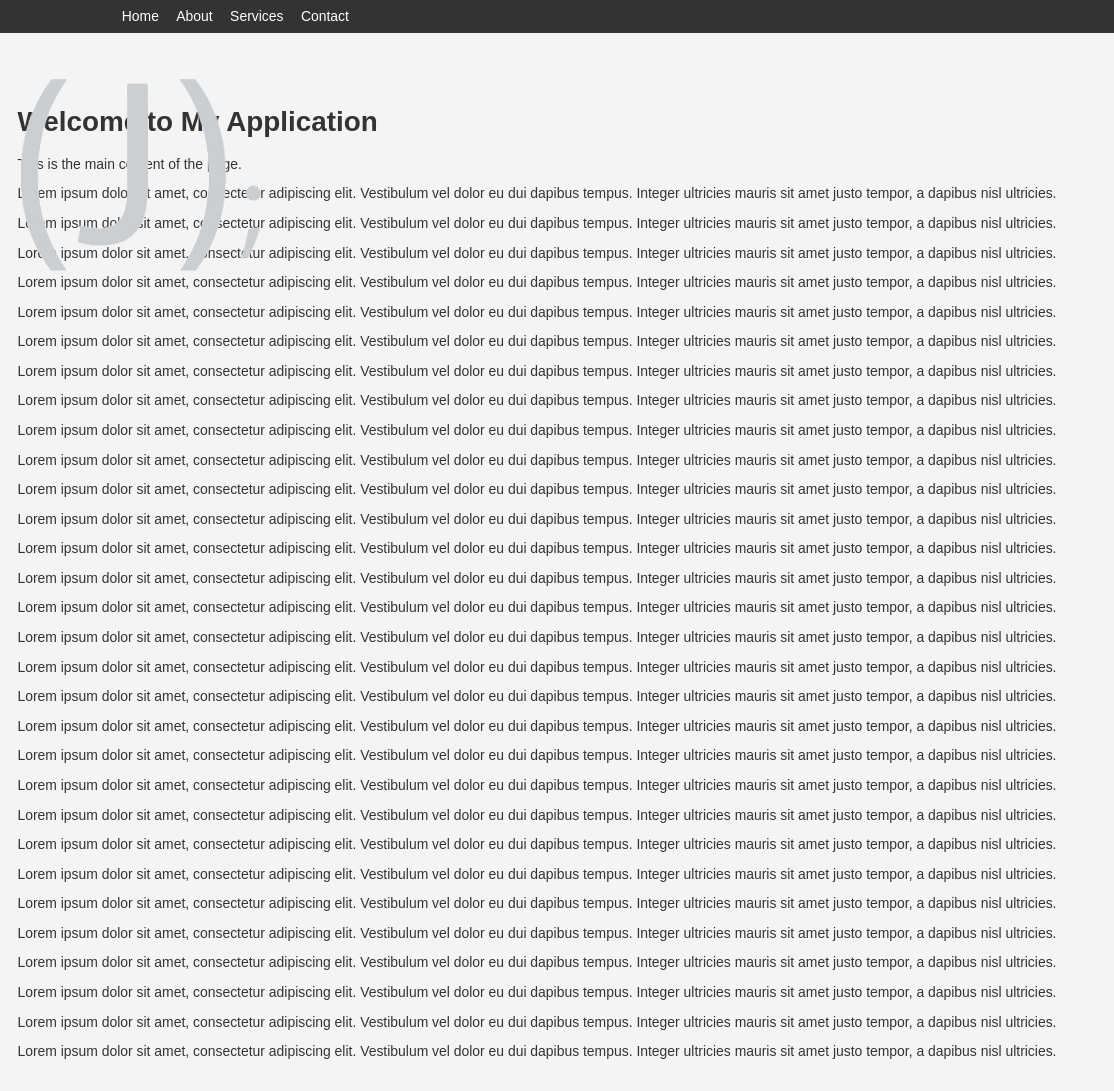
Repository: JoyMoGas/HelujaArc
Page: http://localhost/
An editor plug-in stored every save of this project. The page is shown before and after the next save, followed by the edit.
The browser window is 1280 px wide. The pictures show the whole page, at 87% of full size.
The page is served by the project's application, run on Flask 3 (run.py).

Above is the page before, as saved 2024-08-11 15:31:39.
Console error: TypeError: Cannot read properties of null (reading 'style')

### templates/index.html
<!DOCTYPE html>
<html lang="en">
<head>
    <meta charset="UTF-8">
    <meta name="viewport" content="width=device-width, initial-scale=1.0">
    <title>Mi Aplicación</title>
    <!-- Incluir hoja de estilo -->
    <link rel="stylesheet" href="{{ url_for('static', filename='style.css') }}">
</head>
<body>
    <nav class="navbar">
        <div class="navbar-logo" id="navbar-logo">
            <img src="{{ url_for('static', filename='logo.png') }}" alt="Logo">
        </div>
        <ul class="navbar-links">
            <li><a href="#">Home</a></li>
            <li><a href="#">About</a></li>
            <li><a href="#">Services</a></li>
            <li><a href="#">Contact</a></li>
        </ul>
    </nav>
    <div class="content">
        <div id="body-logo">
            <img src="{{ url_for('static', filename='logo.png') }}" alt="Logo">
        </div>
        <!-- Contenido de la página -->
        <h1>Welcome to My Application</h1>
        <p>This is the main content of the page.</p>
        <p>Lorem ipsum dolor sit amet, consectetur adipiscing elit. Vestibulum vel dolor eu dui dapibus tempus. Integer ultricies mauris sit amet justo tempor, a dapibus nisl ultricies.</p>
    <p>Lorem ipsum dolor sit amet, consectetur adipiscing elit. Vestibulum vel dolor eu dui dapibus tempus. Integer ultricies mauris sit amet justo tempor, a dapibus nisl ultricies.</p>
    <p>Lorem ipsum dolor sit amet, consectetur adipiscing elit. Vestibulum vel dolor eu dui dapibus tempus. Integer ultricies mauris sit amet justo tempor, a dapibus nisl ultricies.</p>
    <p>Lorem ipsum dolor sit amet, consectetur adipiscing elit. Vestibulum vel dolor eu dui dapibus tempus. Integer ultricies mauris sit amet justo tempor, a dapibus nisl ultricies.</p>
    <p>Lorem ipsum dolor sit amet, consectetur adipiscing elit. Vestibulum vel dolor eu dui dapibus tempus. Integer ultricies mauris sit amet justo tempor, a dapibus nisl ultricies.</p>
    <p>Lorem ipsum dolor sit amet, consectetur adipiscing elit. Vestibulum vel dolor eu dui dapibus tempus. Integer ultricies mauris sit amet justo tempor, a dapibus nisl ultricies.</p>
    <p>Lorem ipsum dolor sit amet, consectetur adipiscing elit. Vestibulum vel dolor eu dui dapibus tempus. Integer ultricies mauris sit amet justo tempor, a dapibus nisl ultricies.</p>
    <p>Lorem ipsum dolor sit amet, consectetur adipiscing elit. Vestibulum vel dolor eu dui dapibus tempus. Integer ultricies mauris sit amet justo tempor, a dapibus nisl ultricies.</p>
    <p>Lorem ipsum dolor sit amet, consectetur adipiscing elit. Vestibulum vel dolor eu dui dapibus tempus. Integer ultricies mauris sit amet justo tempor, a dapibus nisl ultricies.</p>
    <p>Lorem ipsum dolor sit amet, consectetur adipiscing elit. Vestibulum vel dolor eu dui dapibus tempus. Integer ultricies mauris sit amet justo tempor, a dapibus nisl ultricies.</p>
    <p>Lorem ipsum dolor sit amet, consectetur adipiscing elit. Vestibulum vel dolor eu dui dapibus tempus. Integer ultricies mauris sit amet justo tempor, a dapibus nisl ultricies.</p>
    <p>Lorem ipsum dolor sit amet, consectetur adipiscing elit. Vestibulum vel dolor eu dui dapibus tempus. Integer ultricies mauris sit amet justo tempor, a dapibus nisl ultricies.</p>
    <p>Lorem ipsum dolor sit amet, consectetur adipiscing elit. Vestibulum vel dolor eu dui dapibus tempus. Integer ultricies mauris sit amet justo tempor, a dapibus nisl ultricies.</p>
    <p>Lorem ipsum dolor sit amet, consectetur adipiscing elit. Vestibulum vel dolor eu dui dapibus tempus. Integer ultricies mauris sit amet justo tempor, a dapibus nisl ultricies.</p>
    <p>Lorem ipsum dolor sit amet, consectetur adipiscing elit. Vestibulum vel dolor eu dui dapibus tempus. Integer ultricies mauris sit amet justo tempor, a dapibus nisl ultricies.</p>
    <p>Lorem ipsum dolor sit amet, consectetur adipiscing elit. Vestibulum vel dolor eu dui dapibus tempus. Integer ultricies mauris sit amet justo tempor, a dapibus nisl ultricies.</p>
    <p>Lorem ipsum dolor sit amet, consectetur adipiscing elit. Vestibulum vel dolor eu dui dapibus tempus. Integer ultricies mauris sit amet justo tempor, a dapibus nisl ultricies.</p>
    <p>Lorem ipsum dolor sit amet, consectetur adipiscing elit. Vestibulum vel dolor eu dui dapibus tempus. Integer ultricies mauris sit amet justo tempor, a dapibus nisl ultricies.</p><p>Lorem ipsum dolor sit amet, consectetur adipiscing elit. Vestibulum vel dolor eu dui dapibus tempus. Integer ultricies mauris sit amet justo tempor, a dapibus nisl ultricies.</p>
    <p>Lorem ipsum dolor sit amet, consectetur adipiscing elit. Vestibulum vel dolor eu dui dapibus tempus. Integer ultricies mauris sit amet justo tempor, a dapibus nisl ultricies.</p>
    <p>Lorem ipsum dolor sit amet, consectetur adipiscing elit. Vestibulum vel dolor eu dui dapibus tempus. Integer ultricies mauris sit amet justo tempor, a dapibus nisl ultricies.</p>
    <p>Lorem ipsum dolor sit amet, consectetur adipiscing elit. Vestibulum vel dolor eu dui dapibus tempus. Integer ultricies mauris sit amet justo tempor, a dapibus nisl ultricies.</p>
    <p>Lorem ipsum dolor sit amet, consectetur adipiscing elit. Vestibulum vel dolor eu dui dapibus tempus. Integer ultricies mauris sit amet justo tempor, a dapibus nisl ultricies.</p>
    <p>Lorem ipsum dolor sit amet, consectetur adipiscing elit. Vestibulum vel dolor eu dui dapibus tempus. Integer ultricies mauris sit amet justo tempor, a dapibus nisl ultricies.</p><p>Lorem ipsum dolor sit amet, consectetur adipiscing elit. Vestibulum vel dolor eu dui dapibus tempus. Integer ultricies mauris sit amet justo tempor, a dapibus nisl ultricies.</p>
    <p>Lorem ipsum dolor sit amet, consectetur adipiscing elit. Vestibulum vel dolor eu dui dapibus tempus. Integer ultricies mauris sit amet justo tempor, a dapibus nisl ultricies.</p>
    <p>Lorem ipsum dolor sit amet, consectetur adipiscing elit. Vestibulum vel dolor eu dui dapibus tempus. Integer ultricies mauris sit amet justo tempor, a dapibus nisl ultricies.</p>
    <p>Lorem ipsum dolor sit amet, consectetur adipiscing elit. Vestibulum vel dolor eu dui dapibus tempus. Integer ultricies mauris sit amet justo tempor, a dapibus nisl ultricies.</p>
    <p>Lorem ipsum dolor sit amet, consectetur adipiscing elit. Vestibulum vel dolor eu dui dapibus tempus. Integer ultricies mauris sit amet justo tempor, a dapibus nisl ultricies.</p>
    <p>Lorem ipsum dolor sit amet, consectetur adipiscing elit. Vestibulum vel dolor eu dui dapibus tempus. Integer ultricies mauris sit amet justo tempor, a dapibus nisl ultricies.</p>
    </div>
    <script src="{{ url_for('static', filename='scripts.js') }}"></script>
</body>
</html>

### static/style.css
/* Estilo para el cuerpo de la página */
body {
    margin: 0;
    font-family: Arial, sans-serif;
    background-color: #f4f4f4; /* Color de fondo del body */
    color: #333; /* Color del texto del body */
    position: relative; /* Necesario para la posición del logotipo */
}

/* Estilo para la navbar */
.navbar {
    position: fixed;
    top: 0;
    width: 100%;
    background-color: #333; /* Color de fondo de la navbar */
    color: white;
    display: flex;
    align-items: center;
    padding: 10px 40px; /* Espacio ajustado a la izquierda */
    z-index: 1000; /* Asegura que la navbar esté por encima de otros contenidos */
    box-sizing: border-box; /* Asegura que el padding se incluya en el ancho total */
}

/* Logo en la navbar */
.navbar-logo {
    position: absolute;
    top: 10px;
    left: 20px; /* Ajusta según la ubicación deseada en la navbar */
    width: 60px; /* Tamaño del logotipo en la navbar */
    height: auto;
    transition: transform 0.5s ease, width 0.5s ease, height 0.5s ease;
    display: none; /* Inicialmente oculto */
    z-index: 1001; /* Asegura que el logotipo esté por encima del contenido de la navbar */
}

/* Define la animación de deslizamiento */
@keyframes slideToNavbar {
    0% {
        transform: translateY(0) translateX(0) scale(1);
    }
    100% {
        transform: translateY(calc(-50vh + 10px)) translateX(calc(-50vw + 20px)) scale(0.5);
    }
}

/* Estilos iniciales del logotipo en el body */
#body-logo {
    position: absolute; /* Cambiado a absolute para que el logotipo esté en el flujo del contenido */
    top: 10px;
    left: 20px;
    transform: translate(0, 0);
    transition: transform 0.5s ease, width 0.5s ease, height 0.5s ease;
    z-index: 999; /* Asegura que el logotipo esté por encima del contenido, pero no de la navbar */
}

/* Aplica los estilos cuando el usuario hace scroll */
.scrolled #body-logo {
    transform: translateY(calc(-50vh + 10px)) translateX(calc(-50vw + 20px)) scale(0.5);
}

.scrolled .navbar-logo {
    display: block; /* Muestra el logotipo en la navbar */
    animation: slideToNavbar 1s forwards; /* Aplica la animación */
}

/* Estilos para los enlaces en la navbar */
.navbar-links {
    list-style: none;
    margin: 0;
    padding: 0;
    display: flex;
    margin-left: 80px; /* Ajustado para dejar espacio para el logotipo */
}

.navbar-links li {
    margin-left: 20px;
}

.navbar-links a {
    color: white;
    text-decoration: none;
    font-size: 16px;
    transition: color 0.3s ease;
}

.navbar-links a:hover {
    color: #ddd; /* Color del enlace al pasar el cursor */
}

/* Contenido de la página */
.content {
    padding: 20px;
    margin-top: 80px; /* Ajusta el margen superior para que el contenido no quede oculto debajo de la navbar */
}

### static/scripts.js
"use strict";
document.addEventListener('DOMContentLoaded', () => {
    window.scrollTo(0, 0);
    const logo = document.getElementById('logo');
    const handleScroll = () => {
        if (window.scrollY > 50) {
            logo.style.position = 'fixed';
            logo.style.top = '0px';
            logo.style.left = '120px';
            logo.style.height = '100px';
            logo.style.transform = 'translateX(0) scale(0.6)';
        }
        else {
            logo.style.position = 'absolute';
            logo.style.top = '250px';
            logo.style.left = '50%';
            logo.style.transform = 'translateX(-50%) scale(1)';
            logo.style.height = '250px';
        }
    };
    window.addEventListener('scroll', handleScroll);
    // Inicializa el estado del logotipo
    handleScroll();
});
window.addEventListener('scroll', () => {
    const navbar = document.querySelector('.navbar');
    if (window.scrollY > 50) {
        navbar.classList.add('scrolled');
    }
    else {
        navbar.classList.remove('scrolled');
    }
});
window.addEventListener('beforeunload', () => {
    window.scrollTo(0, 0);
});

Loaded but not shown: run.py (common file)

After the next save:
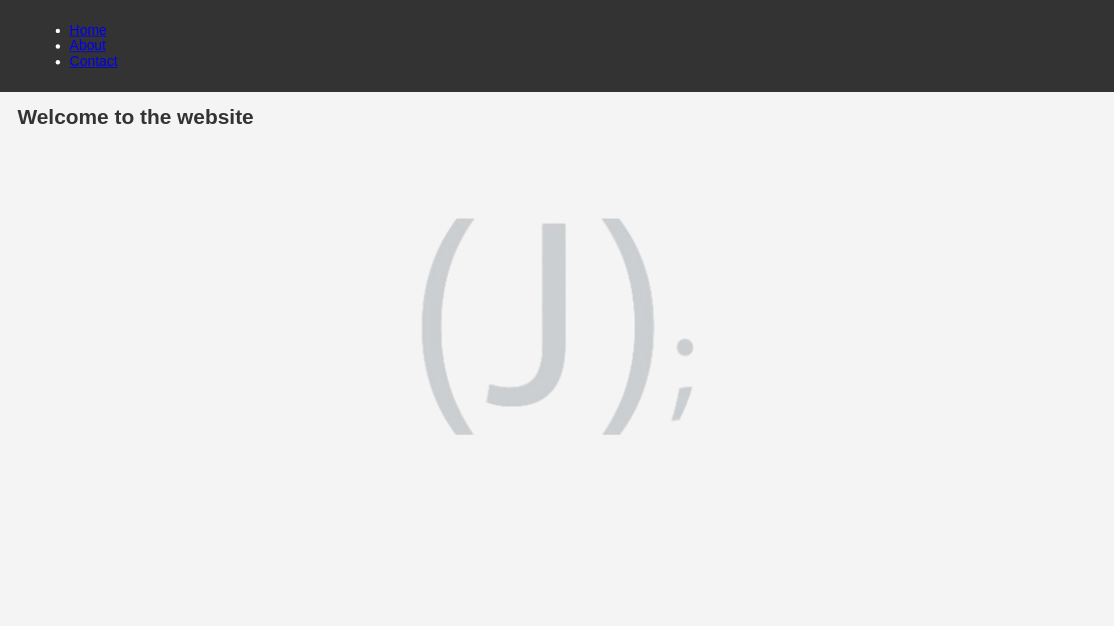
The error is gone.
Saved 3 min 29 s later.
--- a/templates/index.html
+++ b/templates/index.html
@@ -3,58 +3,28 @@
 <head>
     <meta charset="UTF-8">
     <meta name="viewport" content="width=device-width, initial-scale=1.0">
-    <title>Mi Aplicación</title>
-    <!-- Incluir hoja de estilo -->
+    <title>Document</title>
     <link rel="stylesheet" href="{{ url_for('static', filename='style.css') }}">
 </head>
 <body>
-    <nav class="navbar">
-        <div class="navbar-logo" id="navbar-logo">
-            <img src="{{ url_for('static', filename='logo.png') }}" alt="Logo">
+    <header class="navbar">
+        <div class="navbar-content">
+            <img id="logo" src="{{ url_for('static', filename='logo.png') }}" alt="Logo">
+            <nav>
+                <ul>
+                    <li><a href="#">Home</a></li>
+                    <li><a href="#">About</a></li>
+                    <li><a href="#">Contact</a></li>
+                </ul>
+            </nav>
         </div>
-        <ul class="navbar-links">
-            <li><a href="#">Home</a></li>
-            <li><a href="#">About</a></li>
-            <li><a href="#">Services</a></li>
-            <li><a href="#">Contact</a></li>
-        </ul>
-    </nav>
-    <div class="content">
-        <div id="body-logo">
-            <img src="{{ url_for('static', filename='logo.png') }}" alt="Logo">
-        </div>
-        <!-- Contenido de la página -->
-        <h1>Welcome to My Application</h1>
-        <p>This is the main content of the page.</p>
-        <p>Lorem ipsum dolor sit amet, consectetur adipiscing elit. Vestibulum vel dolor eu dui dapibus tempus. Integer ultricies mauris sit amet justo tempor, a dapibus nisl ultricies.</p>
-    <p>Lorem ipsum dolor sit amet, consectetur adipiscing elit. Vestibulum vel dolor eu dui dapibus tempus. Integer ultricies mauris sit amet justo tempor, a dapibus nisl ultricies.</p>
-    <p>Lorem ipsum dolor sit amet, consectetur adipiscing elit. Vestibulum vel dolor eu dui dapibus tempus. Integer ultricies mauris sit amet justo tempor, a dapibus nisl ultricies.</p>
-    <p>Lorem ipsum dolor sit amet, consectetur adipiscing elit. Vestibulum vel dolor eu dui dapibus tempus. Integer ultricies mauris sit amet justo tempor, a dapibus nisl ultricies.</p>
-    <p>Lorem ipsum dolor sit amet, consectetur adipiscing elit. Vestibulum vel dolor eu dui dapibus tempus. Integer ultricies mauris sit amet justo tempor, a dapibus nisl ultricies.</p>
-    <p>Lorem ipsum dolor sit amet, consectetur adipiscing elit. Vestibulum vel dolor eu dui dapibus tempus. Integer ultricies mauris sit amet justo tempor, a dapibus nisl ultricies.</p>
-    <p>Lorem ipsum dolor sit amet, consectetur adipiscing elit. Vestibulum vel dolor eu dui dapibus tempus. Integer ultricies mauris sit amet justo tempor, a dapibus nisl ultricies.</p>
-    <p>Lorem ipsum dolor sit amet, consectetur adipiscing elit. Vestibulum vel dolor eu dui dapibus tempus. Integer ultricies mauris sit amet justo tempor, a dapibus nisl ultricies.</p>
-    <p>Lorem ipsum dolor sit amet, consectetur adipiscing elit. Vestibulum vel dolor eu dui dapibus tempus. Integer ultricies mauris sit amet justo tempor, a dapibus nisl ultricies.</p>
-    <p>Lorem ipsum dolor sit amet, consectetur adipiscing elit. Vestibulum vel dolor eu dui dapibus tempus. Integer ultricies mauris sit amet justo tempor, a dapibus nisl ultricies.</p>
-    <p>Lorem ipsum dolor sit amet, consectetur adipiscing elit. Vestibulum vel dolor eu dui dapibus tempus. Integer ultricies mauris sit amet justo tempor, a dapibus nisl ultricies.</p>
-    <p>Lorem ipsum dolor sit amet, consectetur adipiscing elit. Vestibulum vel dolor eu dui dapibus tempus. Integer ultricies mauris sit amet justo tempor, a dapibus nisl ultricies.</p>
-    <p>Lorem ipsum dolor sit amet, consectetur adipiscing elit. Vestibulum vel dolor eu dui dapibus tempus. Integer ultricies mauris sit amet justo tempor, a dapibus nisl ultricies.</p>
-    <p>Lorem ipsum dolor sit amet, consectetur adipiscing elit. Vestibulum vel dolor eu dui dapibus tempus. Integer ultricies mauris sit amet justo tempor, a dapibus nisl ultricies.</p>
-    <p>Lorem ipsum dolor sit amet, consectetur adipiscing elit. Vestibulum vel dolor eu dui dapibus tempus. Integer ultricies mauris sit amet justo tempor, a dapibus nisl ultricies.</p>
-    <p>Lorem ipsum dolor sit amet, consectetur adipiscing elit. Vestibulum vel dolor eu dui dapibus tempus. Integer ultricies mauris sit amet justo tempor, a dapibus nisl ultricies.</p>
-    <p>Lorem ipsum dolor sit amet, consectetur adipiscing elit. Vestibulum vel dolor eu dui dapibus tempus. Integer ultricies mauris sit amet justo tempor, a dapibus nisl ultricies.</p>
-    <p>Lorem ipsum dolor sit amet, consectetur adipiscing elit. Vestibulum vel dolor eu dui dapibus tempus. Integer ultricies mauris sit amet justo tempor, a dapibus nisl ultricies.</p><p>Lorem ipsum dolor sit amet, consectetur adipiscing elit. Vestibulum vel dolor eu dui dapibus tempus. Integer ultricies mauris sit amet justo tempor, a dapibus nisl ultricies.</p>
-    <p>Lorem ipsum dolor sit amet, consectetur adipiscing elit. Vestibulum vel dolor eu dui dapibus tempus. Integer ultricies mauris sit amet justo tempor, a dapibus nisl ultricies.</p>
-    <p>Lorem ipsum dolor sit amet, consectetur adipiscing elit. Vestibulum vel dolor eu dui dapibus tempus. Integer ultricies mauris sit amet justo tempor, a dapibus nisl ultricies.</p>
-    <p>Lorem ipsum dolor sit amet, consectetur adipiscing elit. Vestibulum vel dolor eu dui dapibus tempus. Integer ultricies mauris sit amet justo tempor, a dapibus nisl ultricies.</p>
-    <p>Lorem ipsum dolor sit amet, consectetur adipiscing elit. Vestibulum vel dolor eu dui dapibus tempus. Integer ultricies mauris sit amet justo tempor, a dapibus nisl ultricies.</p>
-    <p>Lorem ipsum dolor sit amet, consectetur adipiscing elit. Vestibulum vel dolor eu dui dapibus tempus. Integer ultricies mauris sit amet justo tempor, a dapibus nisl ultricies.</p><p>Lorem ipsum dolor sit amet, consectetur adipiscing elit. Vestibulum vel dolor eu dui dapibus tempus. Integer ultricies mauris sit amet justo tempor, a dapibus nisl ultricies.</p>
-    <p>Lorem ipsum dolor sit amet, consectetur adipiscing elit. Vestibulum vel dolor eu dui dapibus tempus. Integer ultricies mauris sit amet justo tempor, a dapibus nisl ultricies.</p>
-    <p>Lorem ipsum dolor sit amet, consectetur adipiscing elit. Vestibulum vel dolor eu dui dapibus tempus. Integer ultricies mauris sit amet justo tempor, a dapibus nisl ultricies.</p>
-    <p>Lorem ipsum dolor sit amet, consectetur adipiscing elit. Vestibulum vel dolor eu dui dapibus tempus. Integer ultricies mauris sit amet justo tempor, a dapibus nisl ultricies.</p>
-    <p>Lorem ipsum dolor sit amet, consectetur adipiscing elit. Vestibulum vel dolor eu dui dapibus tempus. Integer ultricies mauris sit amet justo tempor, a dapibus nisl ultricies.</p>
-    <p>Lorem ipsum dolor sit amet, consectetur adipiscing elit. Vestibulum vel dolor eu dui dapibus tempus. Integer ultricies mauris sit amet justo tempor, a dapibus nisl ultricies.</p>
-    </div>
+    </header>
+    <main>
+        <section class="content">
+            <h1>Welcome to the website</h1>
+            <!-- Content goes here -->
+        </section>
+    </main>
     <script src="{{ url_for('static', filename='scripts.js') }}"></script>
 </body>
 </html>
